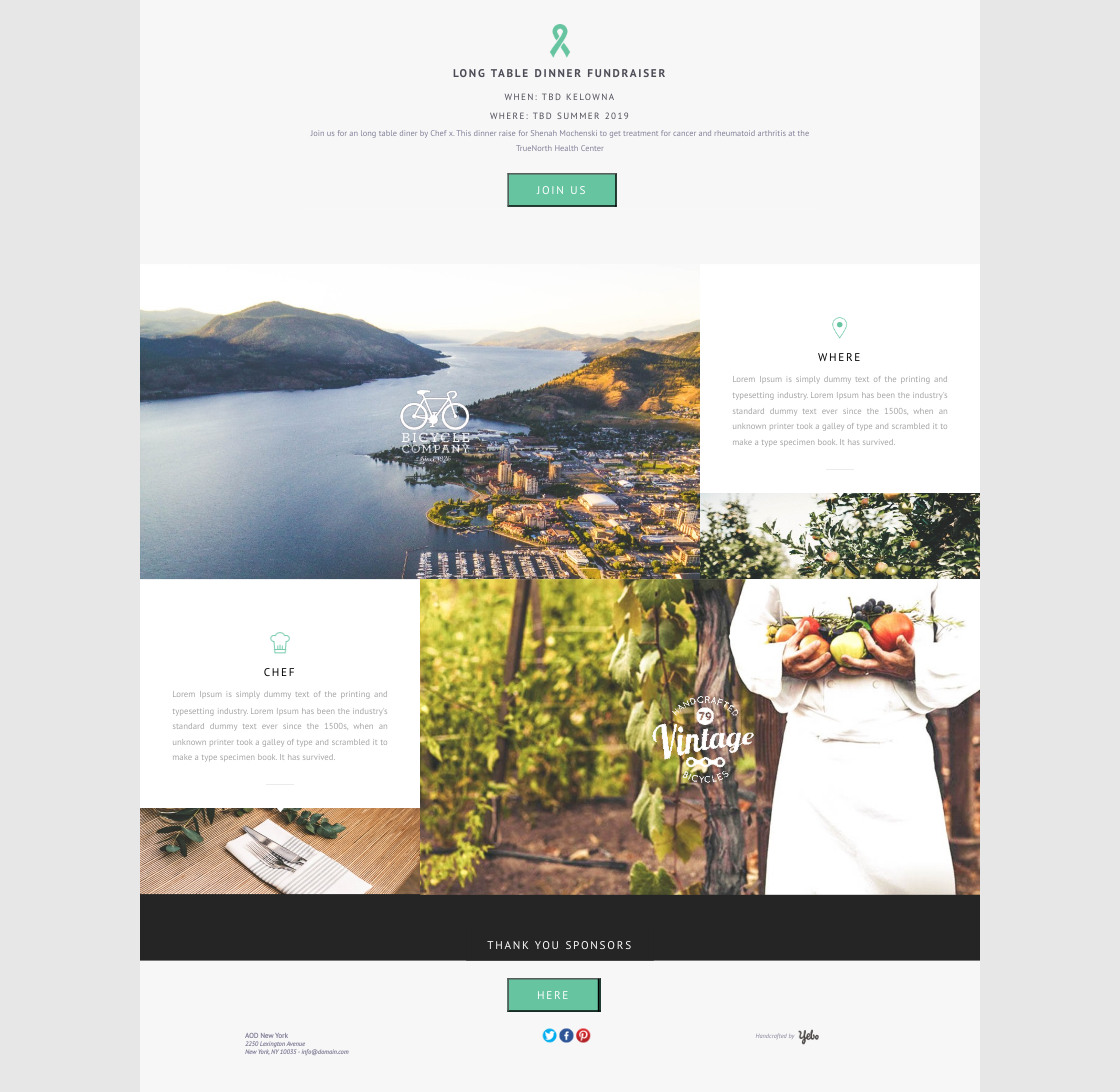
Repository: vancodes/longtable
Page: index.html
An editor plug-in stored every save of this project. The page is shown before and after the next save, followed by the edit.
The browser window is 1280 px wide. The page is 1600 px wide, so the pictures cover 1600 px, including what lies to the right of the window. The pictures show the part of the page from y = 796 to 2356 px (the page is 2356 px tall), at 70% of full size.

Above is the page before, as saved 2019-04-08 15:53:47.

After the next save:
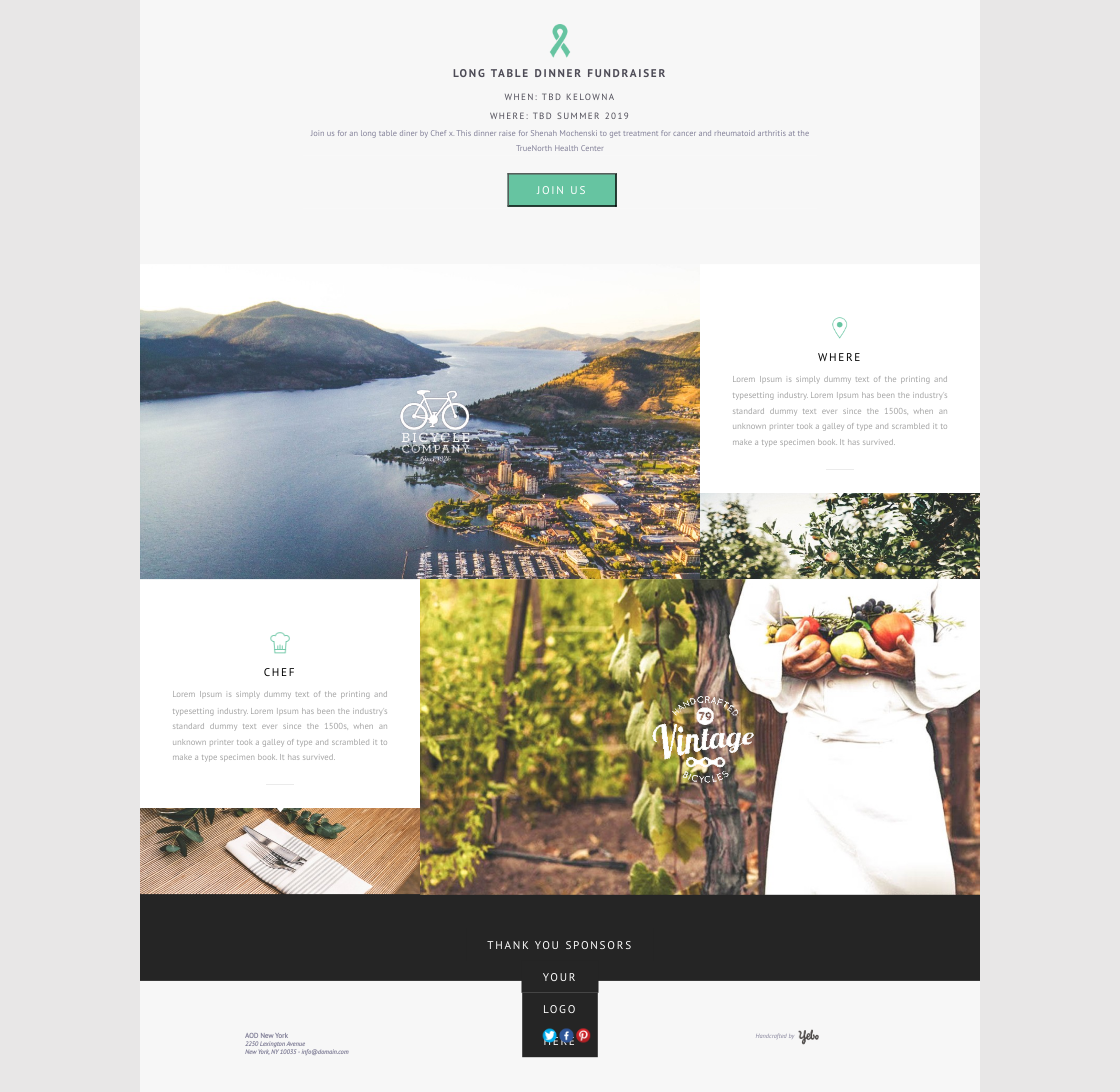
Saved 20 s later.
--- a/index.html
+++ b/index.html
@@ -180,7 +180,7 @@
           <div class="discover-text">
             <button>Thank You Sponsors</button>
           </div>
-        <div class="email-container">
+          <div class="discover-text">
             <button>YOUR</button>
             <button>LOGO</button>
             <button>HERE</button>
